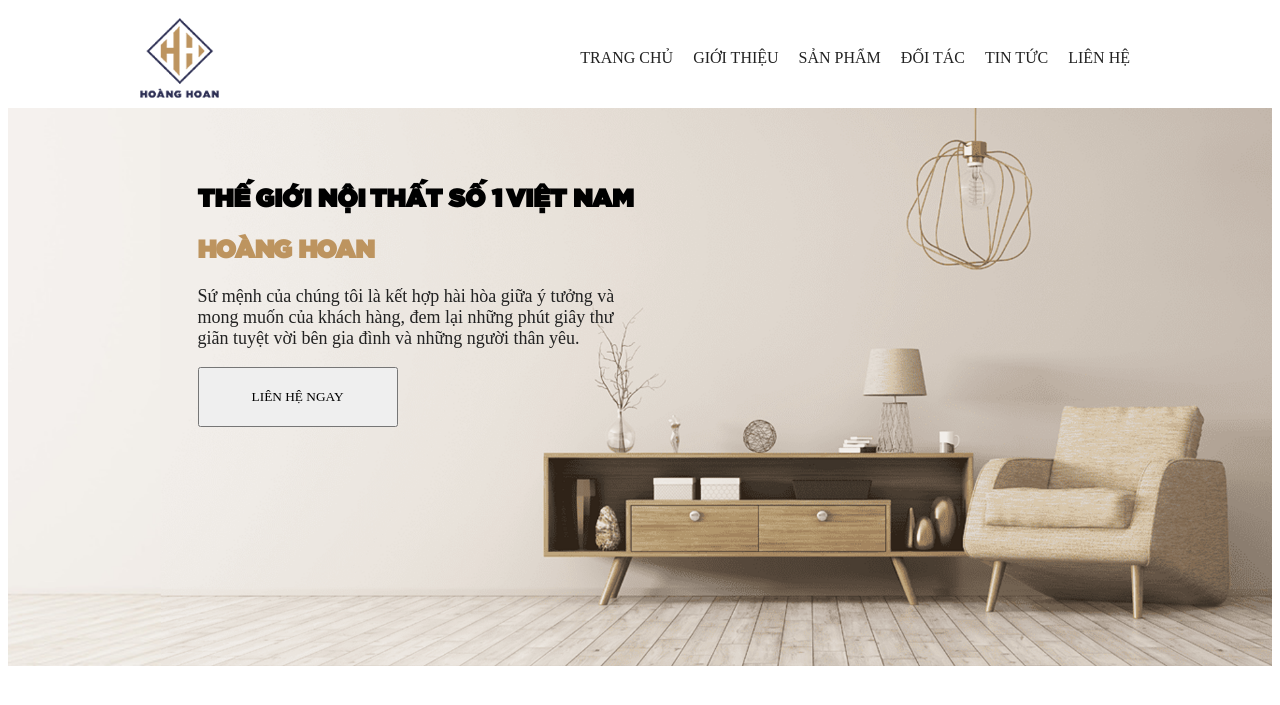
Repository: LDDUNG2003/front_end
Page: index.html
An editor plug-in stored every save of this project. The page is shown before and after the next save, followed by the edit.
The browser window is 1280 px wide. The pictures show the whole page.

Above is the page before, as saved 2023-08-28 22:16:47.

After the next save:
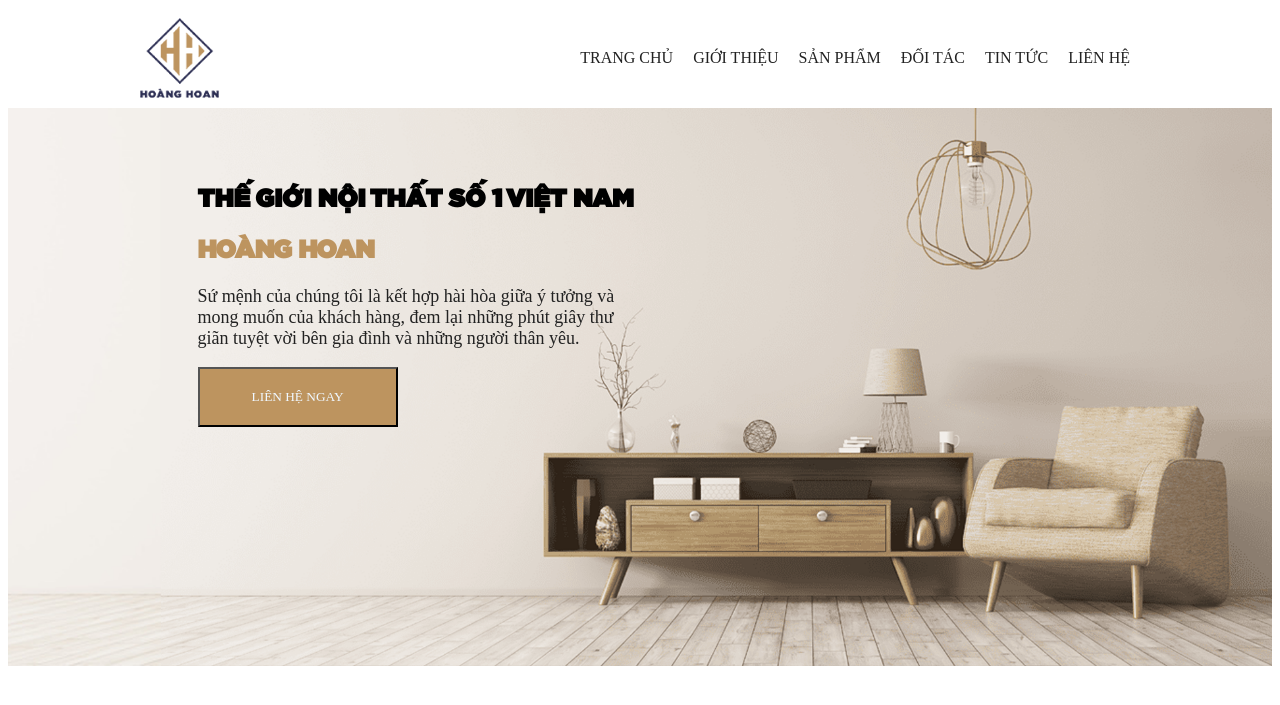
Saved 24 s later.
--- a/public/css/home.css
+++ b/public/css/home.css
@@ -41,4 +41,6 @@
 .banner--button {
     width: 200px;
     padding: 20px 0px;
+    color: aliceblue;
+    background-color: var(--primary-color);
 }
